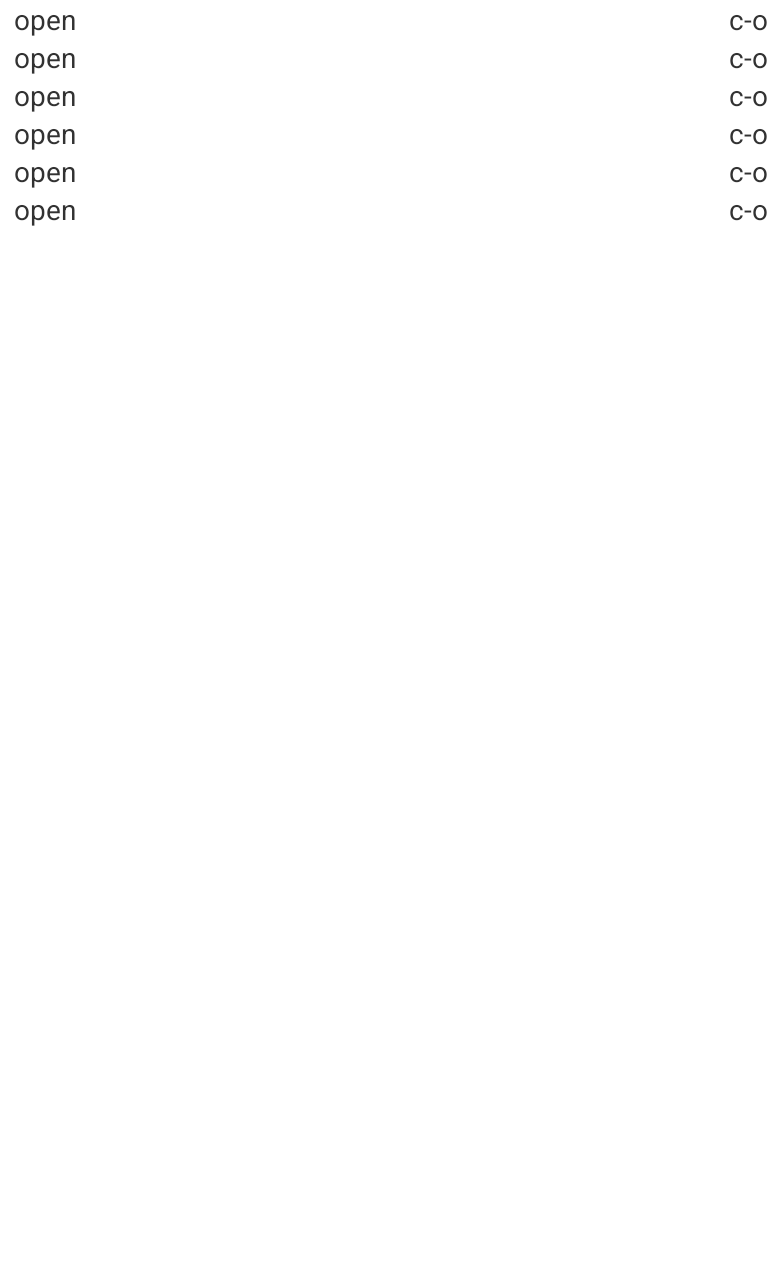
Repository: qwer2714856/Android_learn
Layout: tableLayout/res/layout/activity_main.xml
An editor plug-in stored every save of this project. The layout is shown before and after the next save, followed by the edit.
It is drawn on a 768 x 1280 px phone screen (xhdpi) without system bars, with theme AppTheme; the app's code is not run.

Above is the layout before, as saved 2015-09-30 06:58:18.

### tableLayout/res/layout/activity_main.xml
<TableLayout xmlns:android="http://schemas.android.com/apk/res/android"
    xmlns:tools="http://schemas.android.com/tools"
    android:layout_width="match_parent"
    android:layout_height="match_parent"
    tools:context="com.theadventus.tablelayout.MainActivity"
    android:stretchColumns="1"

    >

    <TableRow

         >
        <TextView android:text="  "/>
        <TextView android:text="open"/>
        <TextView android:text="c-o"/>

    </TableRow>
    <TableRow
        android:layout_width="match_parent"
        android:layout_height="wrap_content"
         >

        <TextView android:text="  "/>
        <TextView android:text="open"/>
        <TextView android:text="c-o"/>
    </TableRow>
    <TableRow
        android:layout_width="match_parent"
        android:layout_height="wrap_content"
         >
        <TextView android:text="  "/>
        <TextView android:text="open"/>
        <TextView android:text="c-o"/>

    </TableRow>
    <TableRow
        android:layout_width="match_parent"
        android:layout_height="wrap_content"
         >
        <TextView android:text="  "/>
        <TextView android:text="open"/>
        <TextView android:text="c-o"/>

    </TableRow>
    <TableRow
        android:layout_width="match_parent"
        android:layout_height="wrap_content"
         >
        <TextView android:text="  "/>
        <TextView android:text="open"/>
        <TextView android:text="c-o"/>

    </TableRow>
    <TableRow
        android:layout_width="match_parent"
        android:layout_height="wrap_content"
         >
        <TextView android:text="  "/>
        <TextView android:text="open"/>
        <TextView android:text="c-o"/>

    </TableRow>




</TableLayout>

Loaded but not shown: tableLayout/res/values/styles.xml (common file); tableLayout/res/values-v11/styles.xml (common file); tableLayout/res/values-v14/styles.xml (common file)

After the next save:
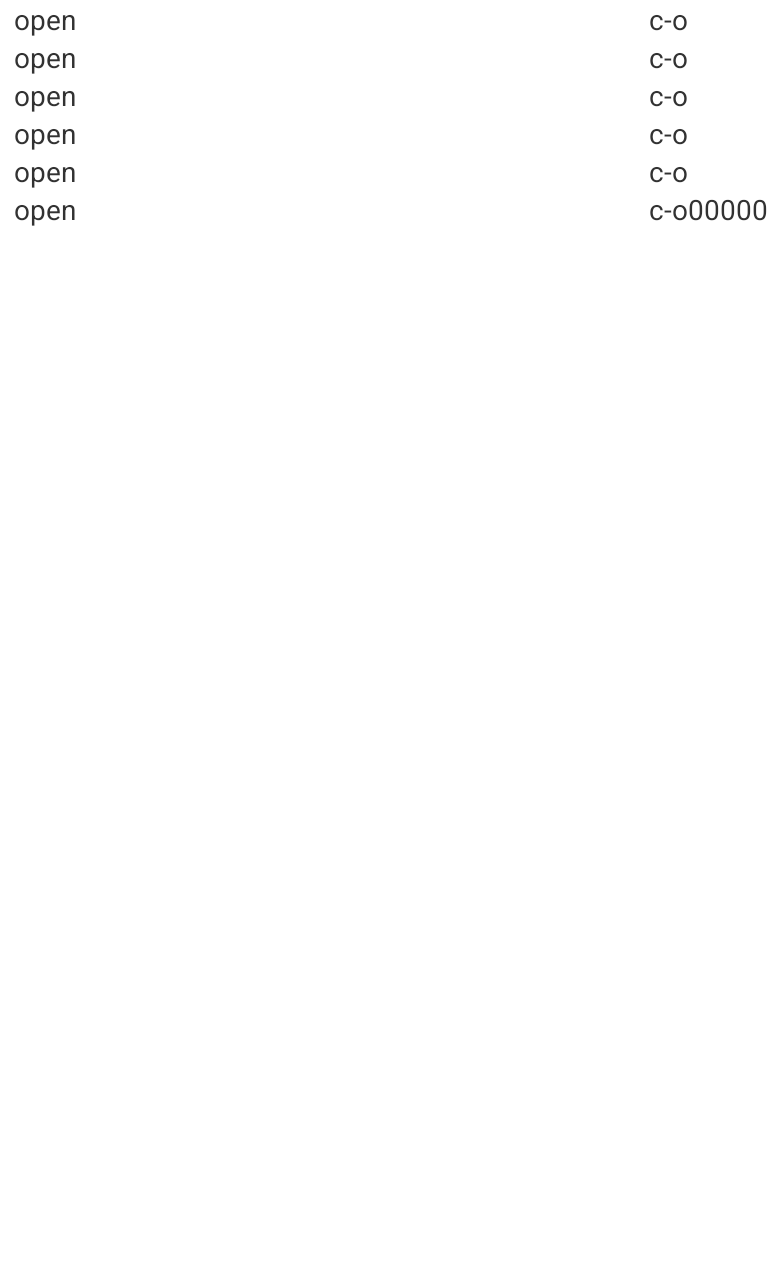
Saved 2 min 34 s later.
--- a/tableLayout/res/layout/activity_main.xml
+++ b/tableLayout/res/layout/activity_main.xml
@@ -57,7 +57,7 @@
          >
         <TextView android:text="  "/>
         <TextView android:text="open"/>
-        <TextView android:text="c-o"/>
+        <TextView android:text="c-o00000"/>
 
     </TableRow>
 
